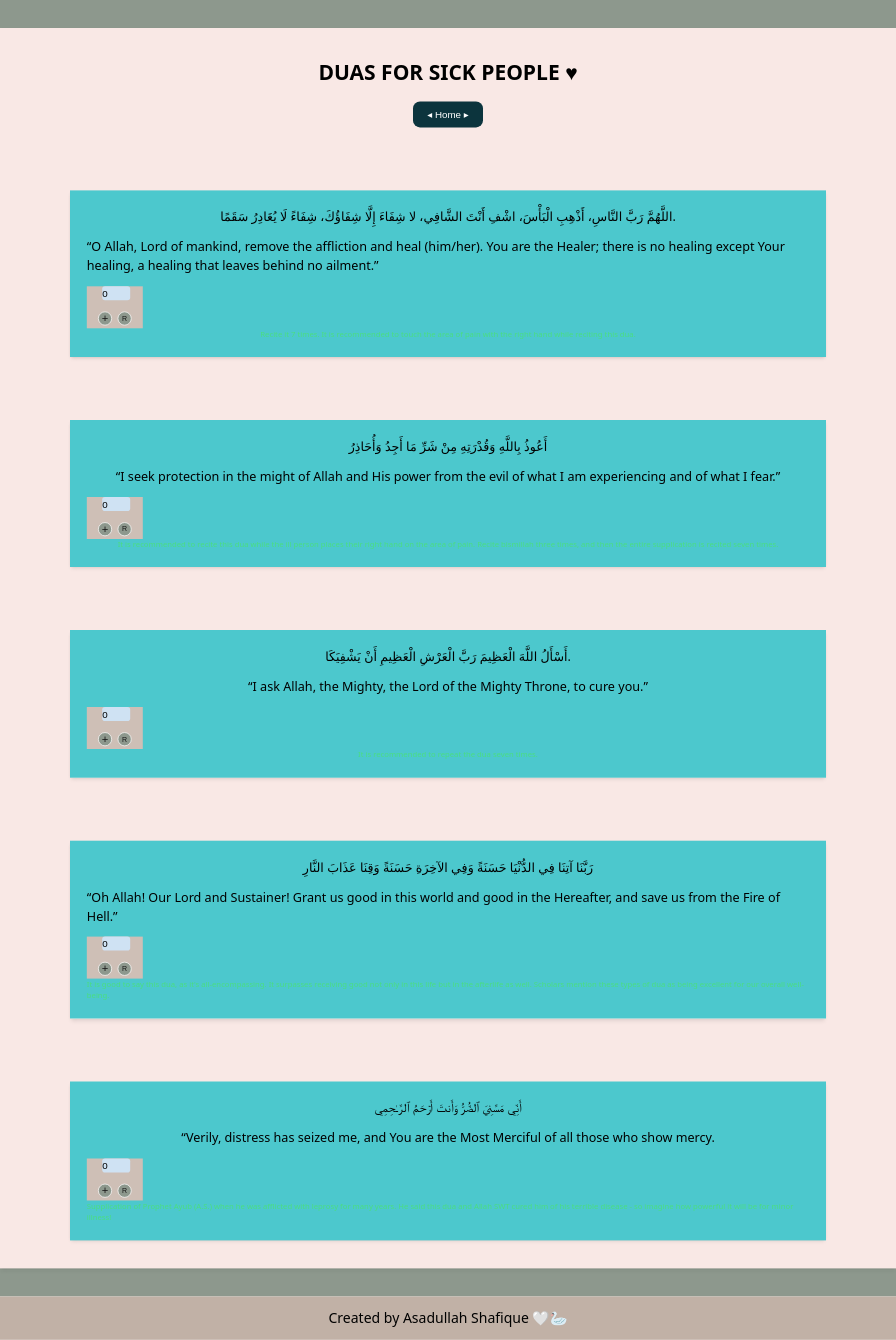
Repository: asadullah48/Duas_Diary
Page: /sick
An editor plug-in stored every save of this project. The page is shown before and after the next save, followed by the edit.
The browser window is 1280 px wide. The pictures show the whole page, at 70% of full size.
The project was rebuilt for these pictures with package versions that can differ from the ones it lists, and the page was loaded fresh each time. The framework's server and built-in components were replaced by stand-ins that run in the browser. Also part of the build but not shown: next.config.ts.

Above is the page before, as saved 2024-11-30 10:09:12.

After the next save:
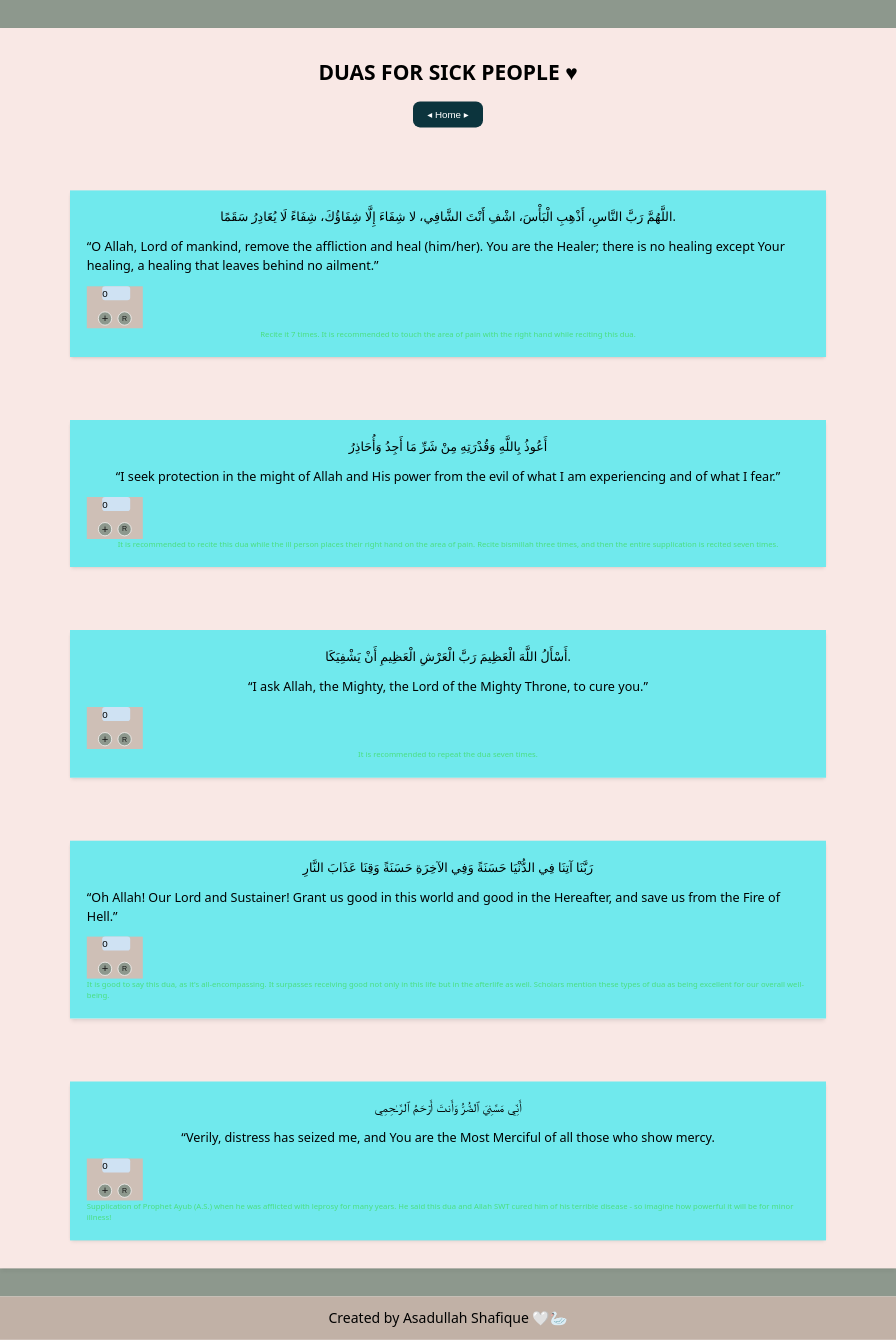
Saved 4 s later.
--- a/src/components/props.tsx
+++ b/src/components/props.tsx
@@ -14,7 +14,7 @@ export default function LightPinkSection({
   note,
 }: SectionProps) {
   return (
-    <div className="w-[90%] bg-[#45c7ccf5] p-6 rounded-lg mx-auto shadow-md mt-[90px]">
+    <div className="w-[90%] bg-[#6beaeef5] p-6 rounded-lg mx-auto shadow-md mt-[90px]">
       <p className="text-black text-[18px] font-sans mb-4 flex justify-center">
         {paragraph}
       </p>
